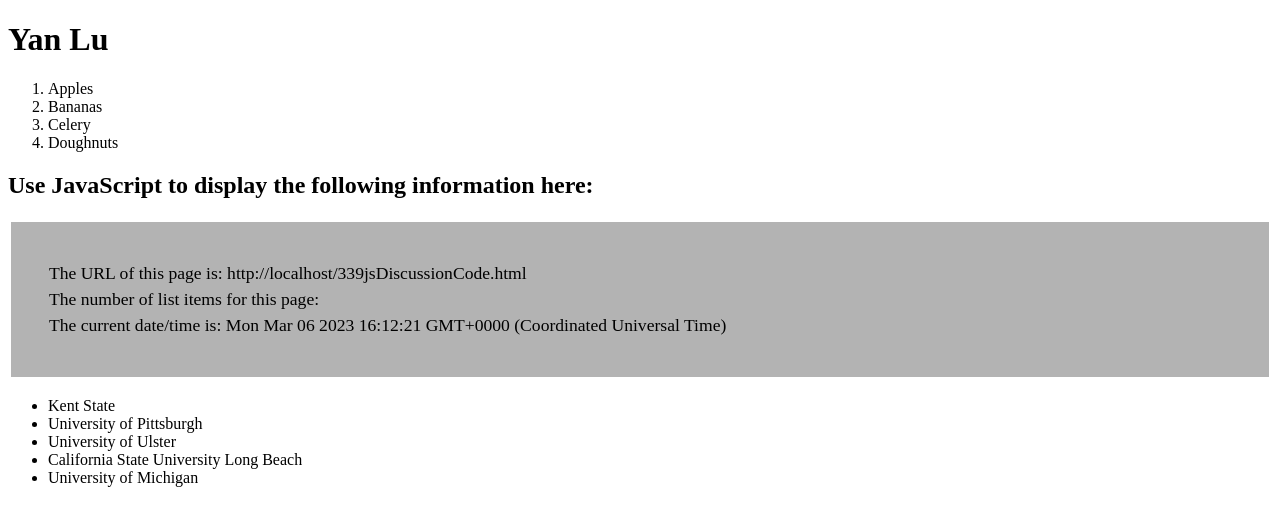
Repository: lulyany/discussionwk10
Page: 339jsDiscussionCode.html
These files come from the project's save history. The page is drawn as it stood at one moment and after the next save; the edit follows.
The browser window is 1280 px wide. The pictures show the whole page.

Above is the page before, as saved 2023-11-01 20:35:26.

### 339jsDiscussionCode.html
<!DOCTYPE html>
<html lang="en">
<head>
	<meta charset="UTF-8">
	<title>JavaScript Discussion</title>
	<style>
		p{
			background-color: #b3b3b3;
			border: 3px solid #FFFFFF;
			padding: 3%;
			font-size: 1.1em;
			line-height: 1.5;
		}
	</style>

	<script type="text/javascript">
	function displayInformation () {
		// Your code goes here.
		// Do not change any other code in this file
		// All of the steps below must be achieved using JavaScript!


		// 1. Change the h1 element to your name.

		document.querySelector("h1").textContent = "Yan Lu";


		// 2. Update the three span elements using ONLY JavaScript

		document.getElementById("URL").textContent += window.location.href;

		document.getElementById("items").textContent = document.querySelector("li").length;

		document.getElementById("time").textContent = Date();




		// 3. Change the background color and margin for the entire page.



    }

    // 4. If someone uses the keyboard shortcut to copy the words "University of Michigan" then add the words "Go Blue" to the final div.
    // Each occurence should be on a separate line.  Don't use
    // paragraphs.

</script>

</head>
<body onload="displayInformation()">
	<h1>Your name goes here</h1>

	<ol>
		<li>Apples</li>
		<li>Bananas</li>
		<li>Celery</li>
		<li>Doughnuts</li>
	</ol>
	<h2>Use JavaScript to display the following information here:</h2>
	<p>
		The URL of this page is: <span id = "URL"></span><br/>
		The number of list items for this page: <span id = "items"></span><br/>
		The current date/time is: <span id = "time"></span><br/>
	</p>
	<ul>
		<li>Kent State</li>
		<li>University of Pittsburgh</li>
		<li>University of Ulster</li>
		<li>California State University Long Beach</li>
		<li oncopy="copyFunction()">University of Michigan</li>
	</ul>
	<div id="cheer">

	</div>

</body>
</html>

After the next save:
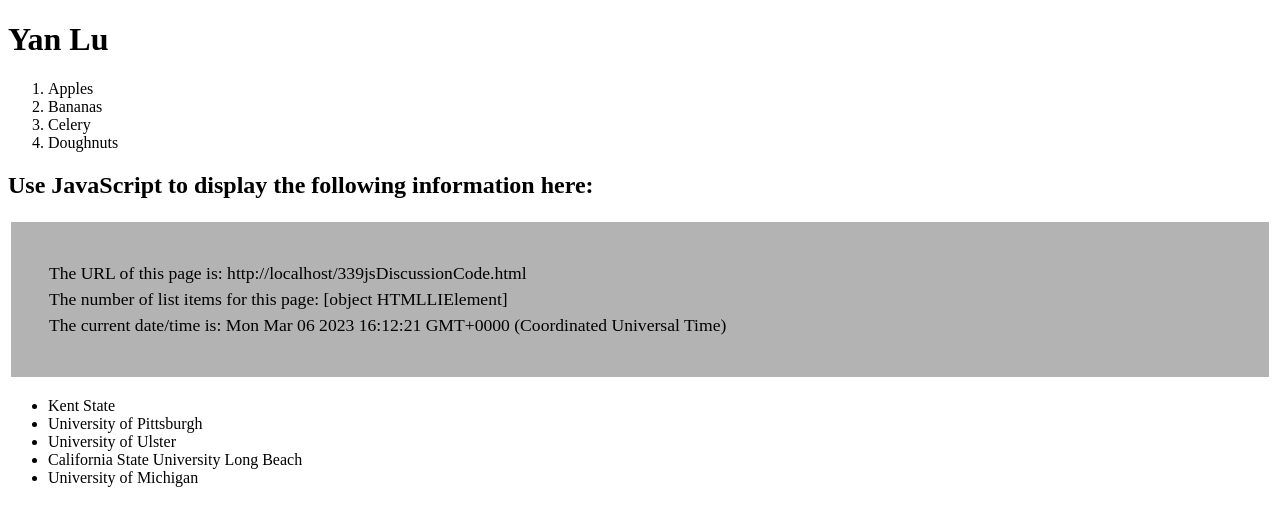
Saved 4 s later.
--- a/339jsDiscussionCode.html
+++ b/339jsDiscussionCode.html
@@ -29,7 +29,7 @@
 
 		document.getElementById("URL").textContent += window.location.href;
 
-		document.getElementById("items").textContent = document.querySelector("li").length;
+		document.getElementById("items").textContent = document.querySelector("li");
 
 		document.getElementById("time").textContent = Date();
 
